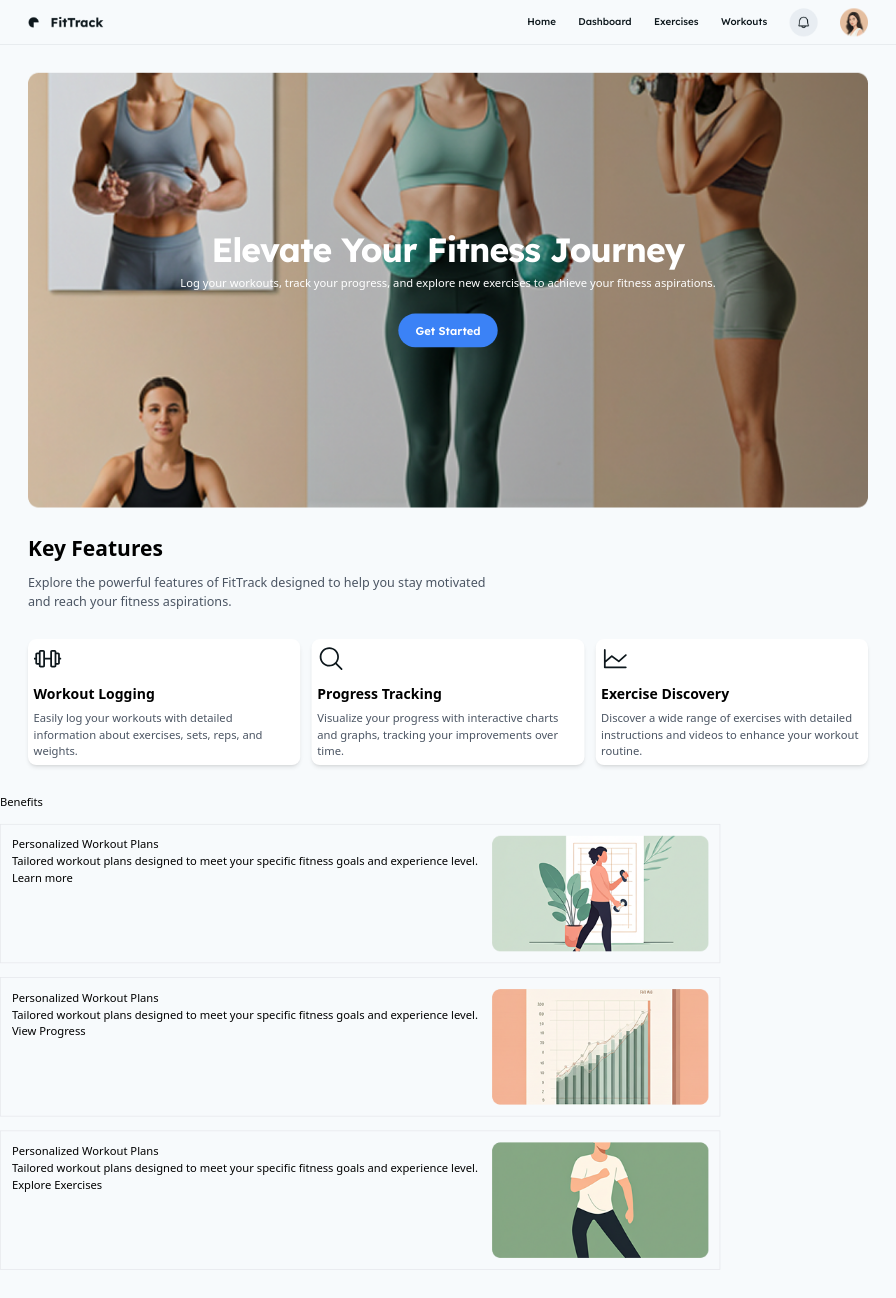
Repository: Emy-gold/fitness-tracking-platform
Page: /
An editor plug-in stored every save of this project. The page is shown before and after the next save, followed by the edit.
The browser window is 1280 px wide. The pictures show the whole page, at 70% of full size.
The project was rebuilt for these pictures with package versions that can differ from the ones it lists, and the page was loaded fresh each time. Also part of the build but not shown: vite.config.js, src/Pages/Dashboard.jsx, src/Pages/Exercises.jsx, src/Pages/Workouts.jsx, src/components/Footer.jsx.

Above is the page before, as saved 2025-08-27 15:14:02.

### index.html
<!doctype html>
<html lang="en">

<head>
  <meta charset="UTF-8" />
  <link rel="icon" type="image/svg+xml" href="/vite.svg" />
  <meta name="viewport" content="width=device-width, initial-scale=1.0" />
  <link href="https://fonts.googleapis.com/css2?family=Lexend:wght@300;400;500;600;700&display=swap" rel="stylesheet">
  <title>Vite + React</title>
</head>

<body>
  <div id="root"></div>
  <script type="module" src="/src/main.jsx"></script>
</body>

</html>

### src/index.css
@tailwind base;
@tailwind components;
@tailwind utilities;

body{
    padding: 0;
    margin: 0;
    background-color: #F7FAFC;
}

### src/App.jsx
import './App.css';
import { BrowserRouter as Router, Routes, Route } from 'react-router-dom';
import Home from './Pages/Home';
import Dashboard from './Pages/Dashboard.jsx';
import Exercises from './Pages/Exercises.jsx';
import Workouts from './Pages/Workouts.jsx';
import Header from './components/Header.jsx';
import Footer from './components/Footer';


function App() {

  return (
    <>

      <Router>
        <Header />
        <Routes>
          <Route path="/" element={<Home />} />
          <Route path="/dashboard" element={<Dashboard />} />
          <Route path="/exercises" element={<Exercises />} />
          <Route path="/workouts" element={<Workouts />} />
        </Routes>
      </Router>
    </>
  )
}

export default App

### src/App.css
#root {
    margin: 0 auto;
    padding: 0;
    text-align: center;

}

.logo {
    height: 6em;
    padding: 1.5em;
    will-change: filter;
    transition: filter 300ms;
}
.logo:hover {
    filter: drop-shadow(0 0 2em #646cffaa);
}
.logo.react:hover {
    filter: drop-shadow(0 0 2em #61dafbaa);
}

@keyframes logo-spin {
    from {
    transform: rotate(0deg);
    }
    to {
    transform: rotate(360deg);
    }
}

@media (prefers-reduced-motion: no-preference) {
    a:nth-of-type(2) .logo {
    animation: logo-spin infinite 20s linear;
    }
}

.card {
    padding: 2em;
}

.read-the-docs {
    color: #888;
}

### src/Pages/Home.jsx
import React from 'react';
import Header from '../components/Header';
import { useState, useEffect } from 'react';
import cardsData from "../cardsData.json";
import homepic from "../assets/home.png";
import img1 from "../assets/img1.png";
import img2 from "../assets/img2.png";
import img3 from "../assets/img3.png";

function Home() {

    const [cards, setCards] = useState([]);

    useEffect(() => {
        setCards(cardsData)
    })

    return (
        <>
            <main className='flex flex-col justify-center items-center mx-auto'>

                <section className='my-10 relative flex justify-center'>
                    <img src={homepic} className="mb:w-[980px] lg:w-[1200px]" />
                    <div className="absolute inset-0 flex flex-col justify-center text-center text-white">
                        <h1 className='text-5xl font-lexend font-bold mb-3 tracking-tight '>Elevate Your Fitness Journey</h1>
                        <p className=''>Log your workouts, track your progress, and explore new exercises to achieve your fitness aspirations.</p>
                        <button type="submit" className='mt-8 mx-auto bg-blue-500 py-[12px] px-6 font-lexend font-semibold rounded-3xl hover:bg-blue-600 transition duration-300'>Get Started</button>
                    </div>
                </section >

                <section className='flex flex-col items-start mb-10 mb:w-[980px] lg:w-[1200px]'>
                    <div className='flex flex-col items-start text-left'>
                        <h2 className='text-3xl font-bold mb-4'>Key Features</h2>
                        <p className='text-lg text-gray-600 max-w-2xl'>Explore the powerful features of FitTrack designed to help you stay motivated and reach your fitness aspirations.</p>
                    </div>
                    <div className='flex flex-row gap-4 mt-10 text-left mb:w-[980px] lg:w-[1200px]'> {/* Removed justify-center */}
                        {cards.map(card => (
                            <div key={card.id} className='md:w-[312px] lg:w-[400px] bg-white rounded-xl shadow-md p-2 hover:scale-105 duration-300'>
                                <img src={card.image} className='mb-4 h-10 w-10 object-contain' />
                                <h3 className='text-xl font-semibold mb-2'>{card.title}</h3>
                                <p className='text-gray-600'>{card.summary}</p>
                            </div>
                        ))}
                    </div>
                </section>
                <section className='flex flex-col items-start mb-10 gap-5 justify-center mx-70'>
                    <h2>Benefits</h2>
                    <div className='flex flex-wrap gap-5'>
                        <div className='flex justify-center p-4 border'>
                            <div className='flex flex-col items-start text-left mr-5'>
                                <h3>Personalized Workout Plans</h3>
                                <p>Tailored workout plans designed to meet your specific fitness goals and experience level.</p>
                                <button>Learn more</button>
                            </div>
                            <img src={img1} />
                        </div>
                        <div className='flex justify-center p-4 border'>
                            <div className='flex flex-col items-start text-left mr-5'>
                                <h2>Personalized Workout Plans</h2>
                                <p>Tailored workout plans designed to meet your specific fitness goals and experience level.</p>
                                <button>View Progress</button>
                            </div>
                            <img src={img2} />
                        </div>
                        <div className='flex justify-center p-4 border'>
                            <div className='flex flex-col items-start text-left mr-5'>
                                <h2>Personalized Workout Plans</h2>
                                <p>Tailored workout plans designed to meet your specific fitness goals and experience level.</p>
                                <button>Explore Exercises</button>
                            </div>
                            <img src={img3} />
                        </div>
                    </div>
                </section>
            </main >
        </>

    )
}

export default Home

### src/components/Header.jsx
import React from 'react';
import { Link } from 'react-router-dom';
import logo from "../assets/logo.png";
import icon from "../assets/notifeicon.png";
import profilePic from "../assets/profilepic.png";

function Header() {
    return (
        <>
            <header className='bg-primary border-b border-gray-300/50 sticky w-full h-16 top-0 z-50 px-10'>
                <div className="flex relative justify-between items-center h-full">
                    <Link to="/" className='flex items-center'>
                        <img
                            src={logo}
                            alt="logo"
                            className='hover:opacity-20 transition-opacity duration-300'
                        />
                    </Link>

                    <nav className='flex gap-8 items-center ml-auto'>
                        <Link to="/" className='font-lexend font-medium text-sm text-textColor hover:scale-105 leading-[21px]'>Home</Link>
                        <Link to="/dashboard" className='font-lexend font-medium text-sm text-textColor hover:scale-105 leading-[21px]'>Dashboard</Link>
                        <Link to="/exercises" className='font-lexend font-medium text-sm text-textColor hover:scale-105 leading-[21px]'>Exercises</Link>
                        <Link to="/workouts" className='font-lexend font-medium text-sm text-textColor hover:scale-105 leading-[21px]'>Workouts</Link>
                        <img src={icon} className='hover:scale-105 duration-200' />
                        <img src={profilePic} className='h-10 w-10 hover:scale-105 duration-200' />
                    </nav>

                    <div></div>
                </div>
            </header>
        </>
    )
}

export default Header;

### src/cardsData.json
[
    {
        "id": 1,
        "title": "Workout Logging",
        "summary": "Easily log your workouts with detailed information about exercises, sets, reps, and weights.",
        "image": "src/assets/icon1.svg"
    },
    {
        "id": 2,
        "title": "Progress Tracking",
        "summary": "Visualize your progress with interactive charts and graphs, tracking your improvements over time.",
        "image": "src/assets/icon2.svg"
    },
    {
        "id": 3,
        "title": "Exercise Discovery",
        "summary": "Discover a wide range of exercises with detailed instructions and videos to enhance your workout routine.",
        "image": "src/assets/icon3.svg"
    }
]

### tailwind.config.js

/** @type {import('tailwindcss').Config} */
export default {
  content: [
    "./index.html",
    "./src/**/*.{js,ts,jsx,tsx}",
  ],
  theme: {
    extend: {
      fontFamily: {
        lexend: ['Lexend', 'sans-serif'],
      },
      colors: {
        primary: "#F7FAFC",
        textColor: "#0D171C",
      }
    },
  },
  plugins: [],
}

Loaded but not shown: src/main.jsx (common file)

After the next save:
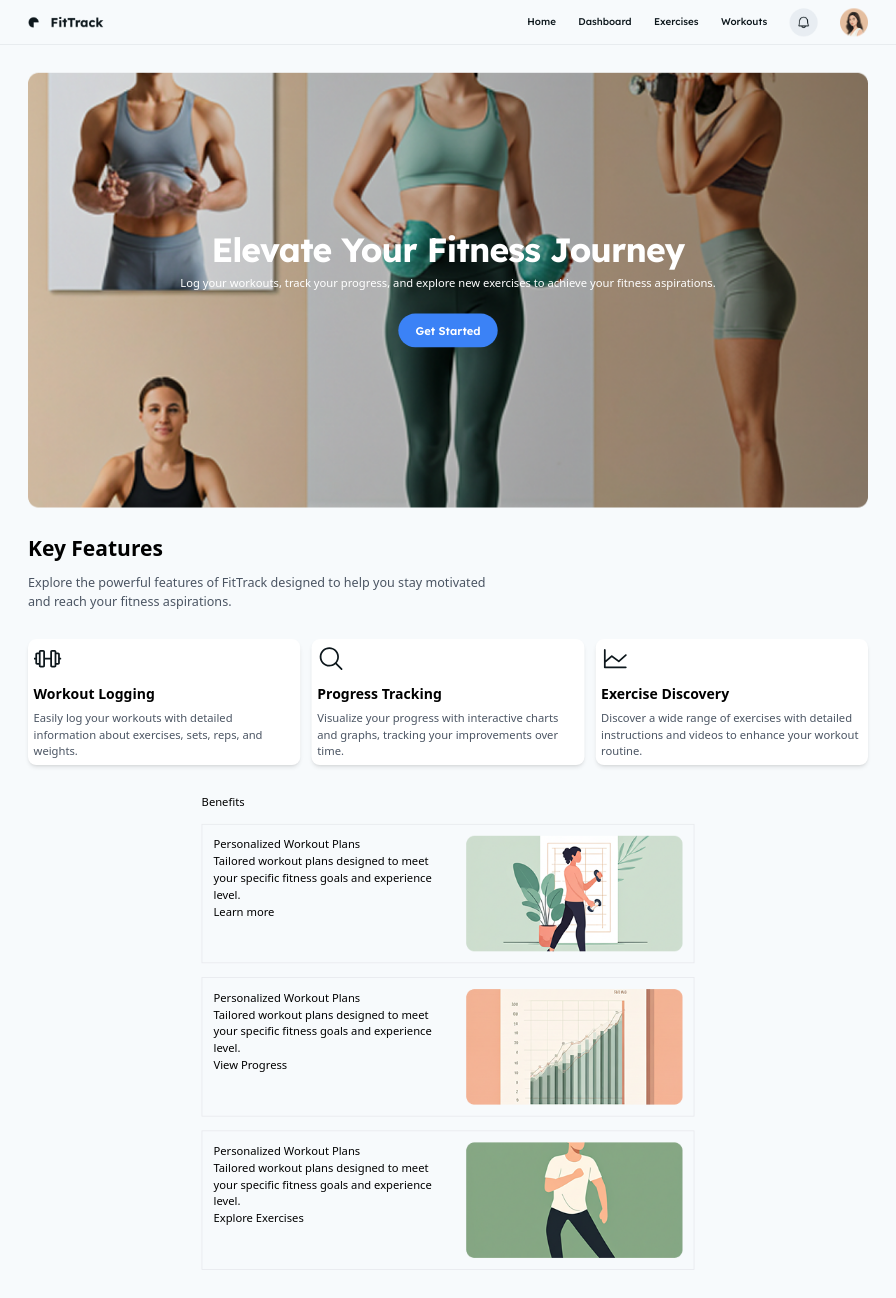
Saved 4 s later.
--- a/src/Pages/Home.jsx
+++ b/src/Pages/Home.jsx
@@ -43,7 +43,7 @@
                         ))}
                     </div>
                 </section>
-                <section className='flex flex-col items-start mb-10 gap-5 justify-center mx-70'>
+                <section className='flex flex-col items-start mb-10 gap-5 justify-center mx-72'>
                     <h2>Benefits</h2>
                     <div className='flex flex-wrap gap-5'>
                         <div className='flex justify-center p-4 border'>

After the save that followed:
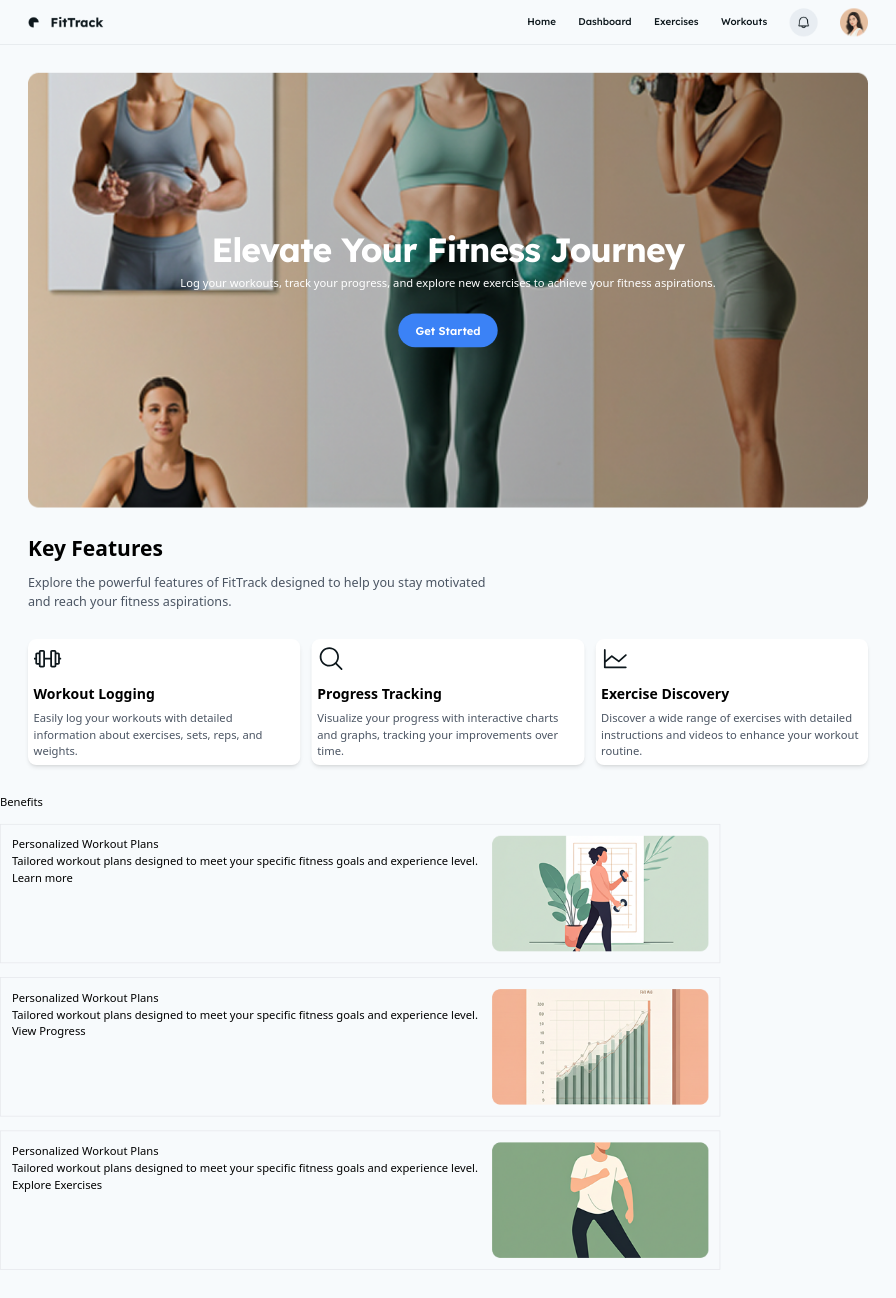
Saved 13 s later.
--- a/src/Pages/Home.jsx
+++ b/src/Pages/Home.jsx
@@ -43,7 +43,7 @@
                         ))}
                     </div>
                 </section>
-                <section className='flex flex-col items-start mb-10 gap-5 justify-center mx-72'>
+                <section className='flex flex-col items-start mb-10 gap-5 justify-center mx-72 w-full'>
                     <h2>Benefits</h2>
                     <div className='flex flex-wrap gap-5'>
                         <div className='flex justify-center p-4 border'>
